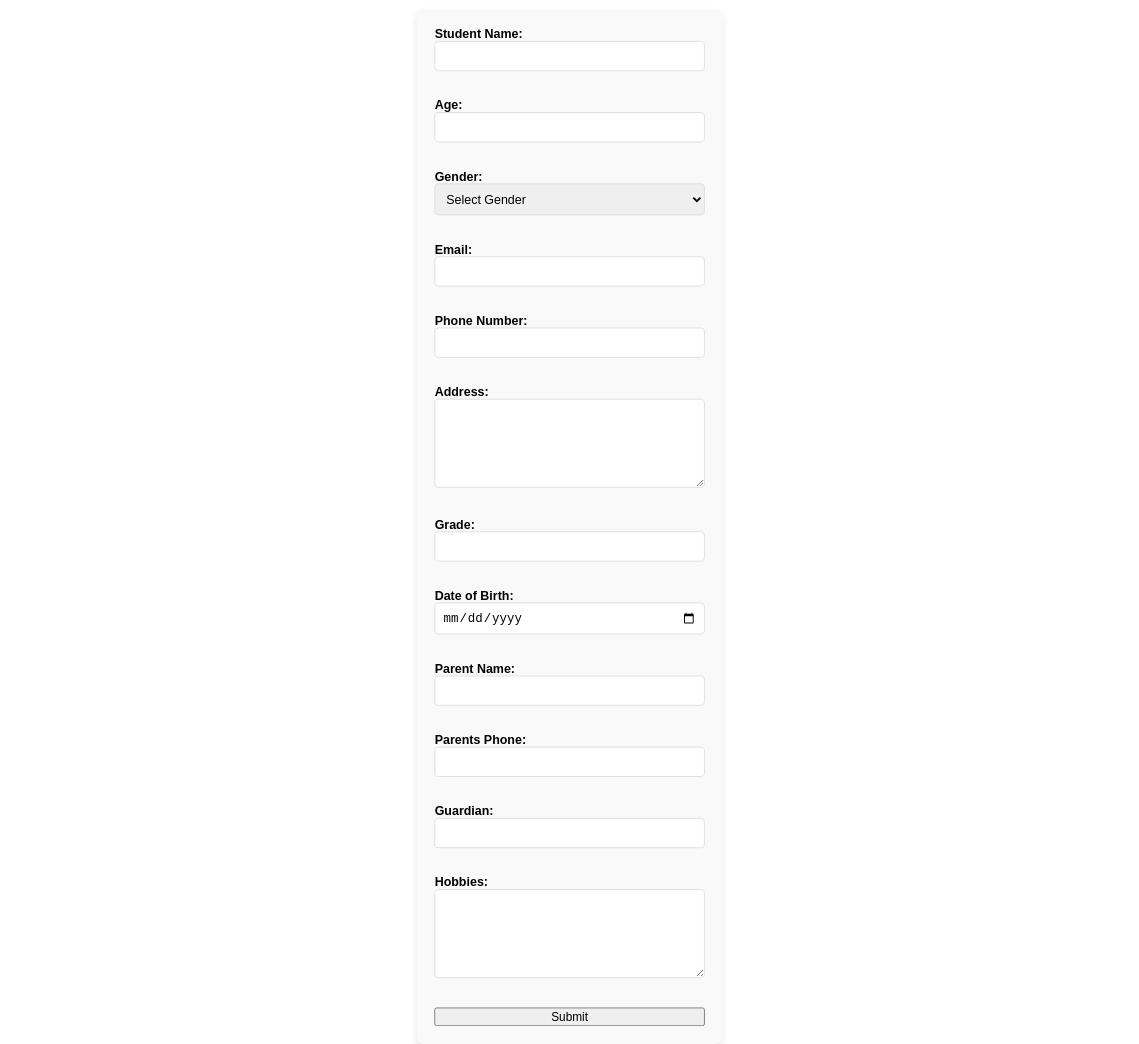
Repository: sharmisthak16/Student-Assignment
Page: /AddStudentModal (app in my-project/)
These files come from the project's save history. The page is drawn as it stood at one moment and after the next save; the edit follows.
The browser window is 1280 px wide. The pictures show the whole page, at 89% of full size.
The project was rebuilt for these pictures with package versions that can differ from the ones it lists, and the page was loaded fresh each time. Also part of the build but not shown: my-project/vite.config.js, my-project/src/components/LoginForm.css, my-project/src/components/LoginForm.jsx, my-project/src/components/Dashboard.css, my-project/src/components/Dashboard.jsx, my-project/src/components/HomeButtons.css, my-project/src/components/HomeButtons.jsx, my-project/src/Pages/Home.jsx and 2 more.

Above is the page before, as saved 2025-01-31 04:07:21.

After the next save:
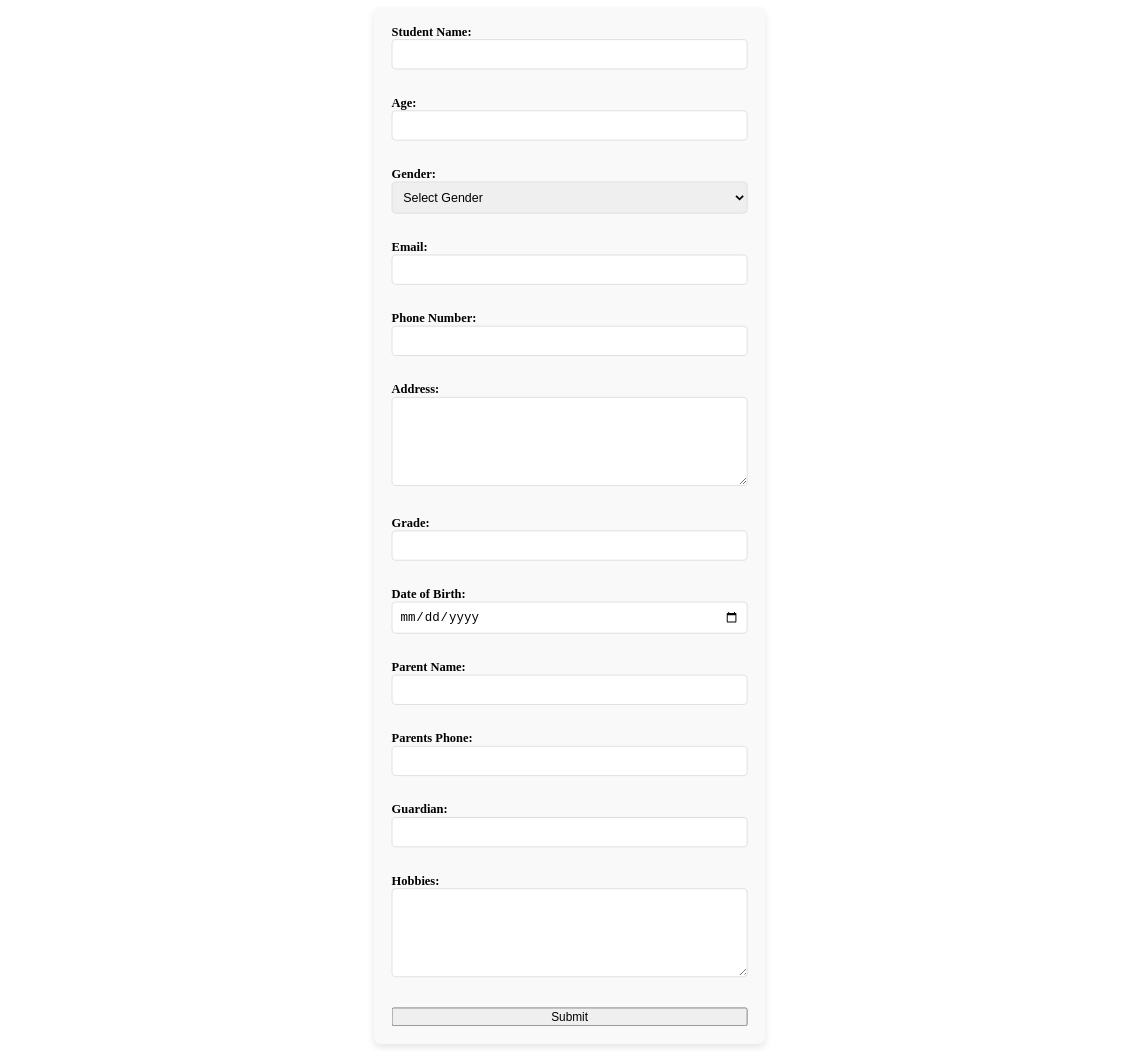
Saved 101 s later.
--- a/my-project/src/components/AddStudentModal.css
+++ b/my-project/src/components/AddStudentModal.css
@@ -1,15 +1,3 @@
-/* General Styles */
-body {
-  font-family: Arial, sans-serif;
-
-  display: flex;
-  justify-content: center;
-  align-items: flex-start; /* Align form at the top */
-  height: 100vh;
-  margin: 0;
-  padding: 10px; /* Small padding to prevent cutting off content */
-}
-
 /* AddStudentModal.css */
 
 /* General form styling */
@@ -49,7 +37,7 @@ input:focus, select:focus, textarea:focus {
 
 /* Button styling */
 .submit-button {
-  background-color: #0837d2; /* Green background */
+  background-color: #4CAF50; /* Green background */
   color: white;              /* White text */
   padding: 10px 20px;        /* Padding */
   border: none;              /* Remove border */
@@ -62,7 +50,7 @@ input:focus, select:focus, textarea:focus {
 }
 
 .submit-button:disabled {
-  background-color: #dddddd;    /* Light gray background when disabled */
+  background-color: #ddd;    /* Light gray background when disabled */
   cursor: not-allowed;       /* Disable cursor */
 }
 
